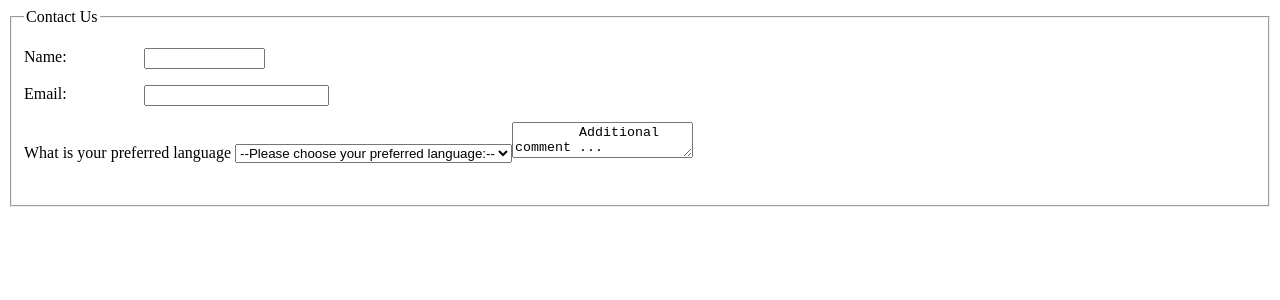
Repository: samuraijane/dc-builders
Page: week6/1-tuesday/homework/exercise2/index.html
An editor plug-in stored every save of this project. The page is shown before and after a run of saves, followed by the edit.
The browser window is 1280 px wide. The pictures show the whole page.

Above is the page before, as saved 2020-08-13 19:03:43.

After the next 4 saves:
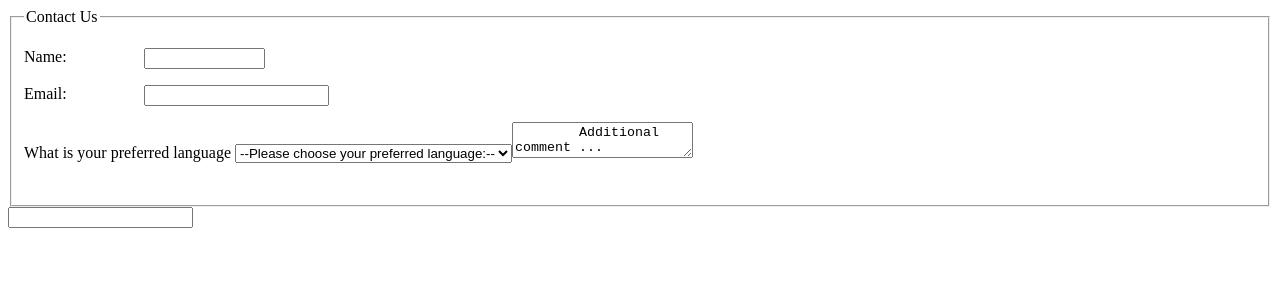
The 4 saves are shown as one change because they came seconds apart.
The last was saved 108 s later.
--- a/week6/1-tuesday/homework/exercise2/index.html
+++ b/week6/1-tuesday/homework/exercise2/index.html
@@ -36,7 +36,7 @@
         </p>
     </fieldset>
 
-    <submit></submit>
+    <input submit></submit>
   </form>
     <script src="script.js"></script>
   </body>
